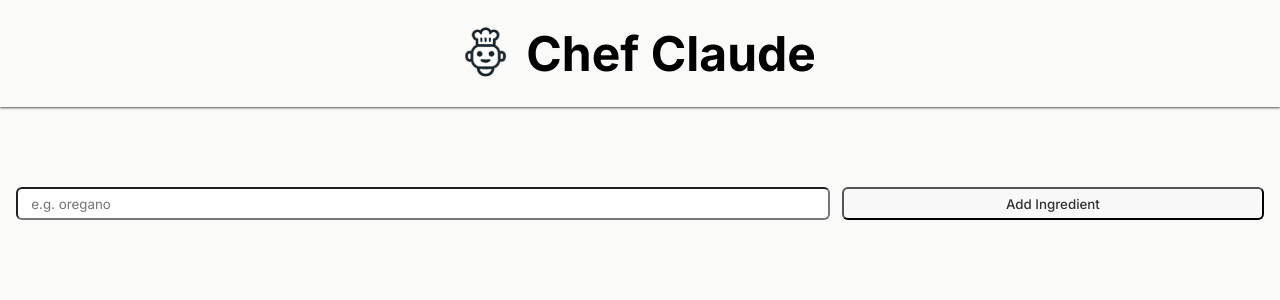
Repository: AchrafAzzaoui/Chef_Claude--React_Course_Scrimba_Project
Page: / (app in project/)
An editor plug-in stored every save of this project. The page is shown before and after the next save, followed by the edit.
The browser window is 1280 px wide. The pictures show the whole page.
The project was rebuilt for these pictures with package versions that can differ from the ones it lists, and the page was loaded fresh each time. Also part of the build but not shown: project/vite.config.js.

Above is the page before, as saved 2024-11-30 17:56:11.

### project/index.html
<!DOCTYPE html>
<html lang="en">
  <head>
    <meta charset="UTF-8" />
    <link rel="icon" type="image/svg+xml" href="/vite.svg" />
    <meta name="viewport" content="width=device-width, initial-scale=1.0" />
    <link rel="preconnect" href="https://fonts.googleapis.com" />
    <link rel="preconnect" href="https://fonts.gstatic.com" crossorigin />
    <link
      href="https://fonts.googleapis.com/css2?family=Inter:ital,opsz,wght@0,14..32,100..900;1,14..32,100..900&display=swap"
      rel="stylesheet"
    />
    <link rel="stylesheet" href="/index.css" />
    <title>Chef Claude</title>
  </head>
  <body>
    <div id="root"></div>
    <script type="module" src="/src/index.jsx"></script>
  </body>
</html>

### project/index.css
* {
  margin: 0;
  padding: 0;
  box-sizing: border-box;
  font-family: "Inter";
}
body {
  background-color: #fafaf8;
}
.header {
  display: flex;
  justify-content: center;
  align-items: center;
  padding: 1.5em 0;
  box-shadow: 0px 1px 3px 0px rgba(0, 0, 0, 0.1),
    0px 1px 2px 0px rgba(0, 0, 0, 0.6);
}
.header .logo {
  margin-right: 1.2em;
}
.header .logo img {
  max-width: 45px;
}
.header .title {
  font-weight: 300;
  font-size: 32px;
}

.inner-container {
  max-width: 45em; /* Same calculation */
  width: 600px; /* Ratio applied */
  margin: 0 auto;
  padding: 1.5em; /* Maintain consistent padding */
}
/* Form styling for add ingredient form */

.add-ingredient-form {
  padding: 4em 0;
}

.add-ingredient-form .form-group {
  padding: 1em;
  display: flex;
  justify-content: center;
  align-items: center;
  gap: 12px;
}

.add-ingredient-form .form-group input {
  padding: 0.5em 1em;
  flex: 2;
  border-radius: 6px;
}

.add-ingredient-form .form-group button {
  padding: 0.5em 1em;
  flex: 1;
  border-radius: 6px;
  background-color: #f8f8f8;
  color: #333;
  font-weight: 500;
  cursor: pointer;
}

### project/src/App.jsx
import Header from "./components/Header";
import Main from "./components/Main";

export default function App() {
  return (
    <>
      <Header />
      <Main />
    </>
  );
}

### project/src/components/Header.jsx
import chefClaudeIcon from "../assets/chef_claude_icon.svg";

export default function Header() {
  return (
    <header className="header">
      <div className="logo">
        <img src={chefClaudeIcon} alt="Chef Claude Icon" />
      </div>
      <div className="title">
        <h2>Chef Claude</h2>
      </div>
    </header>
  );
}

### project/src/components/Main.jsx
import Form from "./Form";

export default function Main() {
  return (
    <main className="main">
      <Form />
    </main>
  );
}

### project/src/components/Form.jsx
export default function Form() {
  return (
    <form className="add-ingredient-form">
      <div className="form-group">
        <input type="text" placeholder="e.g. oregano" />
        <button type="submit">Add Ingredient</button>
      </div>
    </form>
  );
}

Loaded but not shown: project/src/index.jsx (common file)

After the next save:
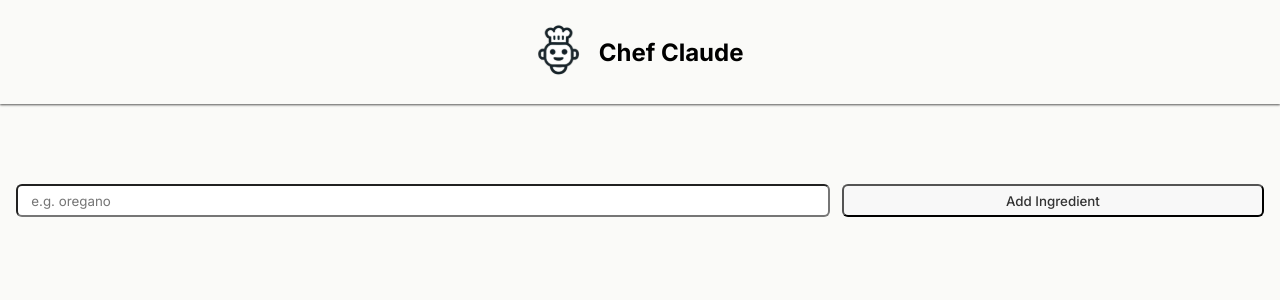
Saved 35 s later.
--- a/project/index.css
+++ b/project/index.css
@@ -23,7 +23,6 @@
 }
 .header .title {
   font-weight: 300;
-  font-size: 32px;
 }
 
 .inner-container {

After the save that followed:
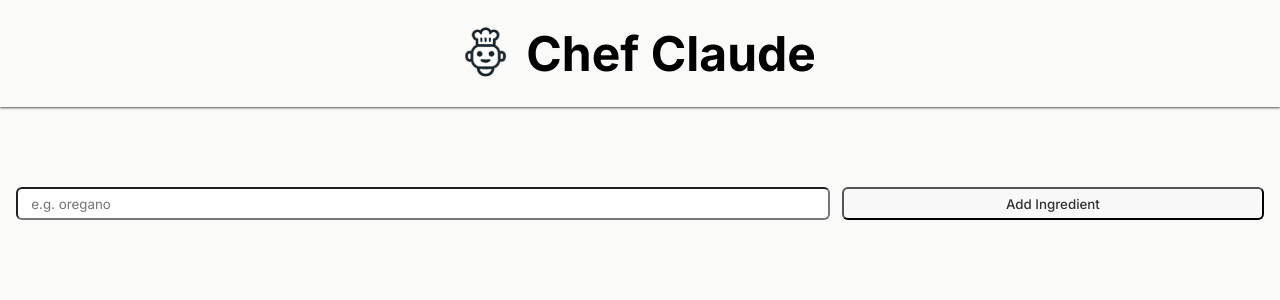
Saved 9 s later.
--- a/project/index.css
+++ b/project/index.css
@@ -23,6 +23,7 @@
 }
 .header .title {
   font-weight: 300;
+  font-size: 32px;
 }
 
 .inner-container {
